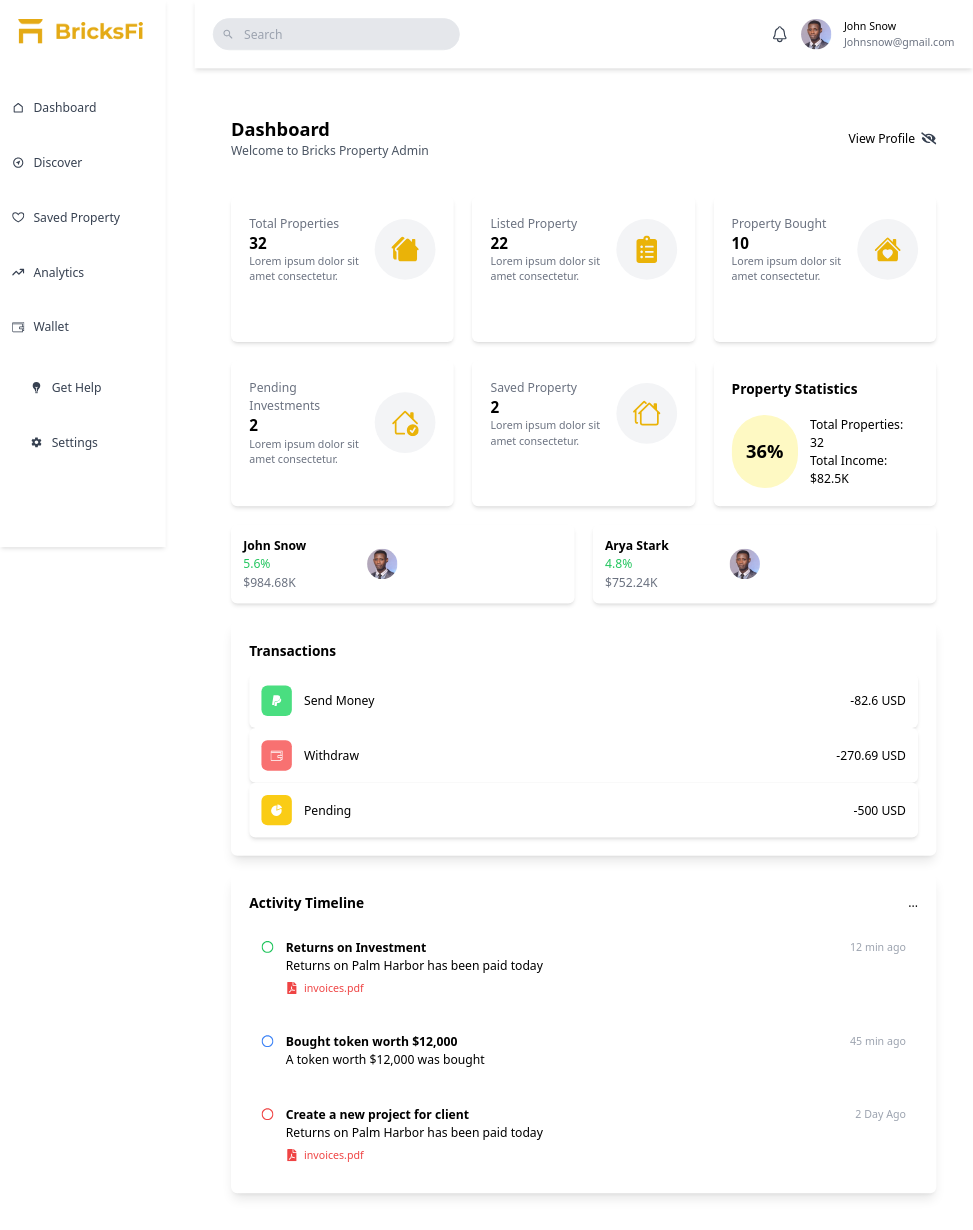
Repository: AyomideAkintade/BricksFi-Frontend
Page: /dashboard (app in client/)
An editor plug-in stored every save of this project. The page is shown before and after the next save, followed by the edit.
The browser window is 1280 px wide. The pictures show the whole page, at 76% of full size.
The page's requests for data from a server got no answer. The project was rebuilt for these pictures with package versions that can differ from the ones it lists, and the page was loaded fresh each time. No one was signed in, and anything a server would have sent is missing. Also part of the build but not shown: client/src/components/navbar.jsx, client/src/components/home.jsx, client/src/components/homeSecond.jsx, client/src/components/homeThird.jsx, client/src/components/homeFifth.jsx, client/src/components/homeSixth.jsx, client/src/components/homeSeventh.jsx, client/src/api/base.js and 11 more.

Above is the page before, as saved 2024-10-04 23:03:20.

### client/src/index.css
@import "tailwindcss/base";
@import "tailwindcss/components";
@import "tailwindcss/utilities";


@font-face {
  font-family: Poppins;
  src: url(/src/assets/fonts/Poppins-Regular.ttf) format("truetype"), url(/src/assets/fonts/Poppins-Bold.ttf) format("truetype"), url(/src/assets/fonts/Poppins-Medium.ttf) format("truetype");

}

### client/src/App.js
import { BrowserRouter as Router, Route, Routes } from "react-router-dom";
import Home from "./pages/homePage";
import HomeFourth from "./components/login.jsx";
import HomeEight from "./components/signup.jsx";
import ForgotPasswordPage from "./components/forgotPassword.jsx";
import DashboardLayout from "./pages/dashboardLayout";
import DashboardPage from "./pages/dashboard.jsx";
import PieAnalytics from "./components/analytics.jsx";
import Discover from "./components/discover.jsx";
import SavedPropertyPage from "./components/savedProperties.jsx";
import { ToastContainer } from "react-toastify";
import 'react-toastify/dist/ReactToastify.css';
import { useEffect, useState } from "react";
import { BrCookies } from "./utils/storage/cookies.js";
// import DiscoverPage from "./pages/discover.jsx";
// import SavedPropertyPage from "./pages/savedProperty.jsx";

function App() {

  const [ loggedIn, setLoggedIn ] = useState(false);
  const [ isLoading, setLoading ] = useState(true);

  useEffect(()=>{
    const ck = new BrCookies(document);
    ck.getCookie('authToken')
      .then((value) => {
        setLoggedIn(true);
        setLoading(false);
      })
      .catch((e) => {
        setLoading(false);
        // this.setState({ isLoading: false }); // Set loading to false even if there is an error
      });
  }, [])
  if (isLoading) {
    return <div></div>;
  }

  return (
    <div>
      <ToastContainer limit={5} />
      {loggedIn ?
      <Router>
        <Routes>
          <Route path="*" element={<DashboardLayout />}>
            <Route index element={<DashboardPage />} />
          </Route>
          <Route path="/dashboard" element={<DashboardLayout />}>
            <Route index element={<DashboardPage />} />
            <Route path="discover" element={<Discover/>} />
            <Route path="saved-property" element={<SavedPropertyPage/>} />
            <Route path="analytics" element={<PieAnalytics />} />
          </Route>
        </Routes>
      </Router>
      :
      <Router>
        <Routes>
          {/* Public Routes */}
          <Route path="/" element={<Home />} />
          <Route path="/login" element={<HomeFourth />} />
          <Route path="/signup" element={<HomeEight />} />
          <Route path="/forgot-password" element={<ForgotPasswordPage />} />

          {/* Dashboard Routes with Sidebar and Header */}
          <Route path="/dashboard" element={<DashboardLayout />}>
            <Route index element={<DashboardPage />} />
            <Route path="discover" element={<Discover/>} />
            <Route path="saved-property" element={<SavedPropertyPage/>} />
            <Route path="analytics" element={<PieAnalytics />} />
          </Route>
        </Routes>
      </Router>
      }
    </div>
  );
}

export default App;

### client/src/pages/dashboardLayout.jsx
import React from 'react';
import Sidebar from '../components/sidebar';
import Header from '../components/header';
import { Outlet } from 'react-router-dom';

const DashboardLayout = () => {
  return (
    <div className="flex">
      {/* Sidebar */}
      <Sidebar />

      <div className="flex-1 ml-64">
        {/* Header */}
        <Header />

        <div className="p-6 pt-10">
          {/* Outlet will render the child routes here */}
          <Outlet />
        </div>
      </div>
    </div>
  );
};

export default DashboardLayout;

### client/src/pages/dashboard.jsx
import React from 'react';
import DashboardStats from '../components/statCard';
import TopInvestors from '../components/investorCard';
import Transactions from '../components/transaction';
import ActivityTimeline from '../components/activity';
import { FaEyeSlash } from 'react-icons/fa'; // Make sure to import the icon

const Dashboard = () => {
  return (
    <div className="flex flex-col">
      <div className="flex justify-between p-6">
        <div>
          <h2 className="text-2xl font-semibold">Dashboard</h2>
          <p className="text-gray-600">Welcome to Bricks Property Admin</p>
        </div>
        <div className="flex items-center space-x-2">
          <span>View Profile</span>
          <FaEyeSlash className="text-gray-700 text-xl" />
        </div>
      </div>
      <div className="p-6">
        {/* Dashboard Stats */}
        <DashboardStats />

        {/* Top Investors and Property Stats */}
        <div className=" mt-6">
          <TopInvestors />

        </div>

        {/* Transactions Section */}
        <div className="mt-6">
          <Transactions />
        </div>

        {/* Activity Timeline */}
        <div className="mt-6">
          <ActivityTimeline />
        </div>
      </div>
    </div>
  );
};

export default Dashboard;

### client/src/utils/storage/cookies.js

// eslint-disable-next-line no-unused-vars
class BrCookies {

    constructor(document) {
        this.document = document || (typeof document !== "undefined" ? document : null);
    }

    /**
     *
     * @param {Array<CookieData>} dataList
     */

    saveCookies(dataList){

        if (!Array.isArray(dataList)) {
            throw new Error("Data list must be an array.");
        }

        for (const data of dataList) {
            if (!(data instanceof CookieData)) {
                throw new Error("Invalid cookie data format.");
            }

            // save each cookie
            let cookieValue = `${data.name}=${data.value}; expires=${data.expiryDate.toUTCString()}; path=/`;

            // Set SameSite=None if running on localhost
            if (window.location.hostname !== 'localhost') {

                cookieValue += '; SameSite=Strict; Secure'
            }

            this.document.cookie = cookieValue;
        }
    }

    async getCookie(name) {
        return new Promise((resolve, reject) => {
          const cookies = this.document.cookie.split('; ');
          for (const cookie of cookies) {
            const [cookieName, cookieValue] = cookie.split('=');
            if (cookieName === name) {
              resolve(cookieValue);
              return;
            }
          }
          reject(new Error(`Cookie with name ${name} not found.`));
        });
    }

    removeCookie(name) {
        this.document.cookie = name + "=;Path=/;expires=Thu, 01 Jan 1970 00:00:00 GMT";
    }

    removeAllCookies() {
        const cookies = this.document.cookie.split(";");
        for (var i = 0; i < cookies.length; i++) {
            const cookie = cookies[i];
            const eqPos = cookie.indexOf("=");
            const name = eqPos > -1 ? cookie.substr(0, eqPos) : cookie;
            document.cookie = name + "=;Path=/;expires=Thu, 01 Jan 1970 00:00:00 GMT";
        }
    }
}


class CookieData {
    constructor(name, value, expiryDate) {

        if (typeof name !== "string" || typeof value !== "string" || !(expiryDate instanceof Date) || name.length === 0) {
            throw new Error("Invalid CookieData format.");
        }

        this.name = name;
        this.value = value;
        this.expiryDate = expiryDate;
    }
}

function createCookieDate(timeInSec) {

    const timeInDays = timeInSec / (3600 * 24);

    const currentDate = new Date();

    const futureDate = new Date();
    futureDate.setDate(currentDate.getDate() + timeInDays);


    return futureDate
}


export { BrCookies, CookieData, createCookieDate };

### client/src/components/sidebar.jsx
import React from 'react';
import { Link } from 'react-router-dom';
import { RiHomeLine } from "react-icons/ri";
import { RiCompassDiscoverLine } from "react-icons/ri";
import { GrFavorite } from "react-icons/gr";
import { FaArrowTrendUp } from "react-icons/fa6";
import { TfiWallet } from "react-icons/tfi";
import { IoBulbSharp } from "react-icons/io5";
import { IoMdSettings } from "react-icons/io";
import BricksFi from "../assets/bricksfi.png"

const Sidebar = () => {
  return (
    <aside className="bg-white h-screen w-[17%] fixed left-0 top-0 shadow-md">
      <div className="p-6 text-yellow-500 text-2xl font-bold">
        <img
        src={BricksFi}
        alt='BricksFi'
        />
      </div>
      <nav className="mt-8">
        <ul className="space-y-4">
          <li className="p-4 hover:bg-yellow-100">
            <Link to="/dashboard" className="flex items-center text-gray-700">
              <RiHomeLine className="mr-3" /> Dashboard
            </Link>
          </li>
          <li className="p-4 hover:bg-yellow-100">
            <Link to="/dashboard/discover" className="flex items-center text-gray-700">
              <RiCompassDiscoverLine className="mr-3" /> Discover
            </Link>
          </li>
          <li className="p-4 hover:bg-yellow-100">
            <Link to="/dashboard/saved-property" className="flex items-center text-gray-700">
              <GrFavorite className="mr-3" /> Saved Property
            </Link>
          </li>
          <li className="p-4 hover:bg-yellow-100">
            <Link to="/dashboard/analytics" className="flex items-center text-gray-700">
              <FaArrowTrendUp className="mr-3" /> Analytics
            </Link>
          </li>
          <li className="p-4 hover:bg-yellow-100">
            <Link to="/dashboard/wallet" className="flex items-center text-gray-700">
              <TfiWallet className="mr-3" /> Wallet
            </Link>
          </li>
        </ul>
      </nav>
      <div className="mt-auto p-6">
        <ul className="space-y-4">
          <li className="p-4 hover:bg-yellow-100">
            <Link to="/" className="flex items-center text-gray-700">
              <IoBulbSharp className="mr-3" /> Get Help
            </Link>
          </li>
          <li className="p-4 hover:bg-yellow-100">
            <Link to="/" className="flex items-center text-gray-700">
              <IoMdSettings className="mr-3" /> Settings
            </Link>
          </li>
        </ul>
      </div>
    </aside>
  );
};

export default Sidebar;

### client/src/components/header.jsx
import React from 'react';
import COCO from "../assets/clem.jpeg"
import { IoMdSearch } from "react-icons/io";
import { IoNotificationsOutline } from "react-icons/io5";

const Header = () => {
  return (
    <div className="w-full flex justify-between items-center p-6 bg-white shadow-md sticky top-0 z-50">
      <div className="relative w-1/3">
        <input
          type="text"
          placeholder="Search"
          className="p-2 pl-10 w-full border rounded-full bg-gray-200 text-black focus:outline-none"
        />
        <IoMdSearch className="absolute left-3 top-1/2 transform -translate-y-1/2 text-gray-400" />
      </div>
      <div className="flex items-center space-x-4">
        <IoNotificationsOutline className="text-gray-700 text-2xl" />
        <img
          src={COCO}
          alt="profile"
          className="rounded-full h-10 w-10"
        />
        <div className="">
          <span className="block text-sm font-medium">John Snow</span>
          <span className="block text-sm text-gray-500">Johnsnow@gmail.com</span>
        </div>
      </div>
    </div>
  );
};

export default Header;

### client/src/components/statCard.jsx
import { BsFillHousesFill, BsHouseCheck, BsFillHouseHeartFill, BsHouses } from "react-icons/bs";
import { FaClipboardList } from "react-icons/fa";
import PropertyStatistics from '../components/propertyStatistic';


const StatCard = ({ title, value, icon, paragraph }) => {
    return (
        <div className="bg-white shadow-md rounded-lg p-6 h-48 flex flex-col justify-between">
            <div className="flex items-center space-x-4">
                <div className="flex-1">
                    <h3 className="text-gray-500">{title}</h3>
                    <h2 className="text-xl font-semibold">{value}</h2>
                    <p className="text-md text-gray-500 text-sm">{paragraph}</p>
                </div>
                <div className="flex items-center justify-center w-20 h-20 bg-gray-100 rounded-full text-yellow-500 text-4xl">
                    {icon}
                </div>
            </div>
        </div>
    );
};


const DashboardStats = () => {
    return (
        <div className="grid grid-cols-1 md:grid-cols-3 gap-6">
            <StatCard
                title="Total Properties"
                value="32"
                paragraph="Lorem ipsum dolor sit amet consectetur."
                icon={<BsFillHousesFill />}
            />
            <StatCard
                title="Listed Property"
                value="22"
                paragraph="Lorem ipsum dolor sit amet consectetur."
                icon={<FaClipboardList />}
            />
            <StatCard
                title="Property Bought"
                value="10"
                paragraph="Lorem ipsum dolor sit amet consectetur."
                icon={<BsFillHouseHeartFill />}
            />
            <StatCard
                title="Pending Investments"
                value="2"
                paragraph="Lorem ipsum dolor sit amet consectetur."
                icon={<BsHouseCheck />}
            />
             <StatCard
                title="Saved Property"
                value="2"
                paragraph="Lorem ipsum dolor sit amet consectetur."
                icon={<BsHouses />}
            />


                <PropertyStatistics />

        </div>
    );
};

export default DashboardStats;

### client/src/components/investorCard.jsx
import Clem from "../assets/clem.jpeg";


const InvestorCard = ({ name, investment, profit }) => {
    return (
      <div className="flex items-center p-4 bg-white shadow-md rounded-lg">

        <div>
          <h3 className="font-semibold">{name}</h3>
          <p className="text-green-500"> {profit}</p>
          <p className="text-gray-500"> {investment}</p>
        </div>

        <img
          src={Clem}
          alt={name}
          className="rounded-full h-10 w-10 ml-20"
        />
      </div>
    );
  };

  const TopInvestors = () => {
    return (
      <>
        {/* <h2 className="text-lg font-semibold mb-4">Top Investors</h2> */}
        <div className="grid grid-cols-1 md:grid-cols-2 gap-6">
          <InvestorCard name="John Snow" investment="$984.68K" profit="5.6%" />
          <InvestorCard name="Arya Stark" investment="$752.24K" profit="4.8%" />
        </div>
      </>
    );
  };

  export default TopInvestors;

### client/src/components/transaction.jsx
import { FaPaypal } from "react-icons/fa6";
import { TfiWallet } from "react-icons/tfi";
import { GiPieChart } from "react-icons/gi";

const TransactionItem = ({ icon, description, amount, bgColor }) => {
    return (
        <div className="flex justify-between items-center p-4 bg-white shadow-md rounded-lg">
            {/* Icon and Description in a row */}
            <div className="flex items-center space-x-4">
                {/* Icon with dynamic background and rounded shape */}
                <div className={`p-3 ${bgColor} rounded-lg text-white`}>
                    {icon}
                </div>
                <span>{description}</span>
            </div>

            {/* Amount */}
            <div>
                <span>{amount}</span>
            </div>
        </div>
    );
};

const Transactions = () => {
    return (
        <div className="bg-white p-6 shadow-lg rounded-lg">
            <h2 className="text-lg font-semibold mb-4">Transactions</h2>
            {/* Different background colors for each transaction */}
            <TransactionItem
                icon={<FaPaypal />}
                description="Send Money"
                amount="-82.6 USD"
                bgColor="bg-green-400"  // Green background
            />
            <TransactionItem
                icon={<TfiWallet />}
                description="Withdraw"
                amount="-270.69 USD"
                bgColor="bg-red-400"    // Red background
            />
            <TransactionItem
                icon={<GiPieChart />}
                description="Pending"
                amount="-500 USD"
                bgColor="bg-yellow-400" // Yellow background
            />
        </div>
    );
};

export default Transactions;

### client/src/components/activity.jsx
import React from 'react';
import { FaRegCircle, FaFilePdf } from 'react-icons/fa'; // Import necessary icons

const ActivityItem = ({ title, description, time, file, color }) => {
    return (
        <div className="flex items-start space-x-4 p-4">
            <div className="mt-1">
                {/* The color prop determines the icon color */}
                <FaRegCircle className={`${color}`} />
            </div>
            <div className="flex-1">
                <div className="flex justify-between items-center">
                    <h4 className="font-semibold">{title}</h4>
                    <span className="text-gray-400 text-sm">{time}</span>
                </div>
                <p>{description}</p>
                {file && (
                    <div className="flex items-center mt-2 text-red-500">
                        <FaFilePdf />
                        <span className="ml-2 text-sm">{file}</span>
                    </div>
                )}
            </div>
        </div>
    );
};

const ActivityTimeline = () => {
    return (
        <div className="bg-white p-6 shadow-lg rounded-lg">
            <div className="flex justify-between items-center mb-4">
                <h2 className="text-lg font-semibold">Activity Timeline</h2>
                <div>...</div>
            </div>
            <div className="space-y-4">
                <ActivityItem
                    title="Returns on Investment"
                    description="Returns on Palm Harbor has been paid today"
                    time="12 min ago"
                    file="invoices.pdf"
                    // Blue icon
                    color="text-green-500"
                />
                <ActivityItem
                    title="Bought token worth $12,000"
                    description="A token worth $12,000 was bought"
                    time="45 min ago"
                    color="text-blue-500" // Green icon
                />
                <ActivityItem
                    title="Create a new project for client"
                    description="Returns on Palm Harbor has been paid today"
                    time="2 Day Ago"
                    file="invoices.pdf"
                    color="text-red-500" // Red icon
                />
            </div>
        </div>
    );
};

export default ActivityTimeline;

### client/src/components/propertyStatistic.jsx
import React from 'react';

const PropertyStatistics = () => {
    return (
        <div className="bg-white shadow-md rounded-lg p-6 flex flex-col justify-between">
            <h2 className="text-lg font-semibold mb-4">Property Statistics</h2>
            <div className="flex items-center space-x-4">
                {/* Property Stats Circle Graph */}
                <div className="w-24 h-24 bg-yellow-100 rounded-full flex items-center justify-center">
                    <span className="text-2xl font-bold">36%</span>
                </div>
                <div>
                    <p>Total Properties: 32</p>
                    <p>Total Income: $82.5K</p>
                </div>
            </div>
        </div>
    );
};

export default PropertyStatistics;

### client/tailwind.config.js
/** @type {import('tailwindcss').Config} */
module.exports = {
  content: ["./src/**/*.{html,js,jsx}"],
  theme: {
    extend: {
      fontFamily: {
        Poppins: ['Poppins'],
      }
    },
    screens: {
      sm: '640px',
      // => @media (min-width: 640px) { ... }

      md: '768px',
      // => @media (min-width: 768px) { ... }

      lg: '1024px',
      // => @media (min-width: 1024px) { ... }

      xl: '1280px',
      // => @media (min-width: 1280px) { ... }

      '2xl': '1536px',
      // => @media (min-width: 1536px) { ... }
      'custombp': {'raw': '(min-height: 375px),(min-width:768px)'}
    },
  },
  plugins: [],
}

Loaded but not shown: client/public/index.html (common file); client/src/index.js (common file); client/src/reportWebVitals.js (common file)

After the next save:
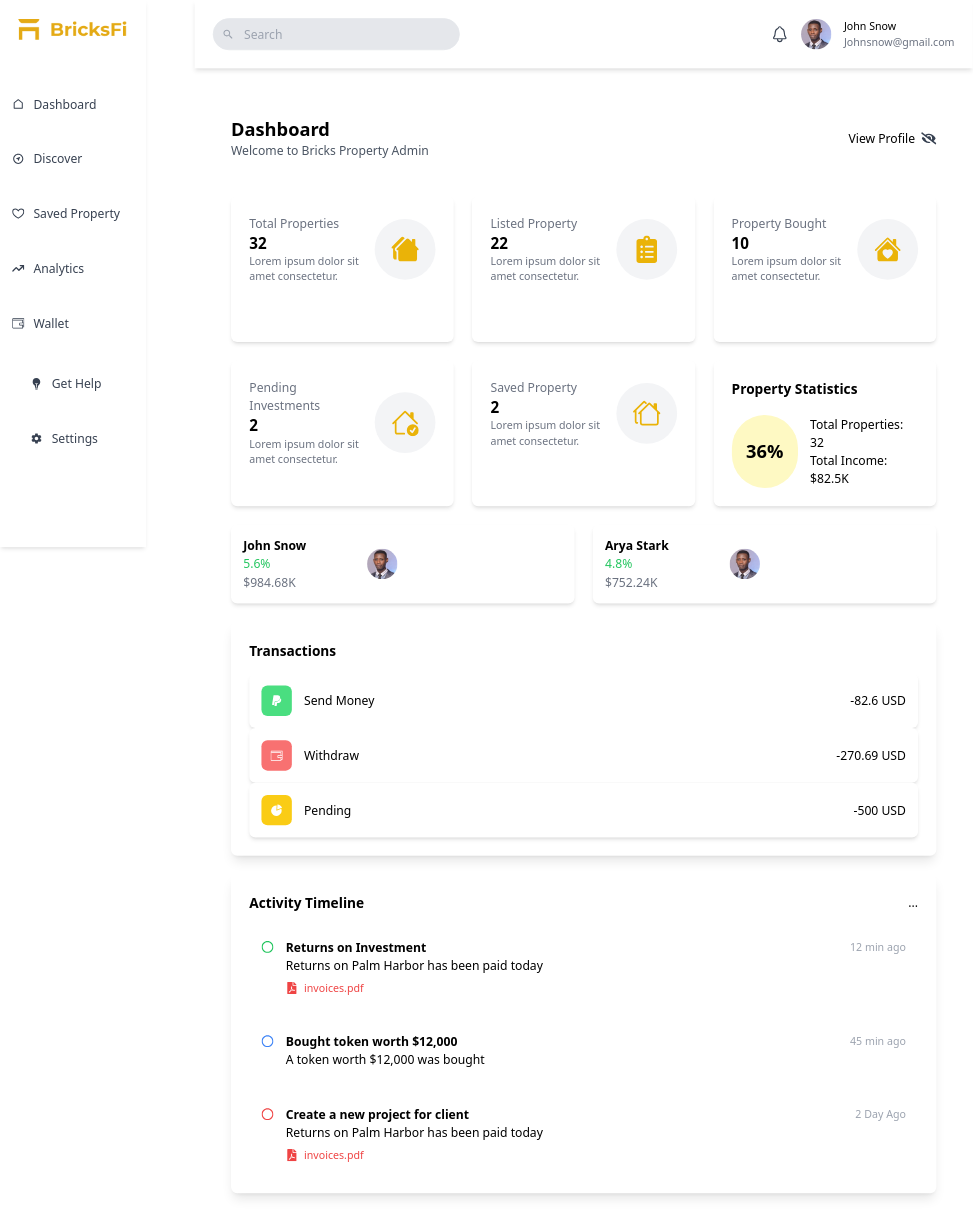
Saved 4 s later.
--- a/client/src/components/sidebar.jsx
+++ b/client/src/components/sidebar.jsx
@@ -11,7 +11,7 @@ import BricksFi from "../assets/bricksfi.png"
 
 const Sidebar = () => {
   return (
-    <aside className="bg-white h-screen w-[17%] fixed left-0 top-0 shadow-md">
+    <aside className="bg-white h-screen w-[15%] fixed left-0 top-0 shadow-md">
       <div className="p-6 text-yellow-500 text-2xl font-bold">
         <img
         src={BricksFi}
